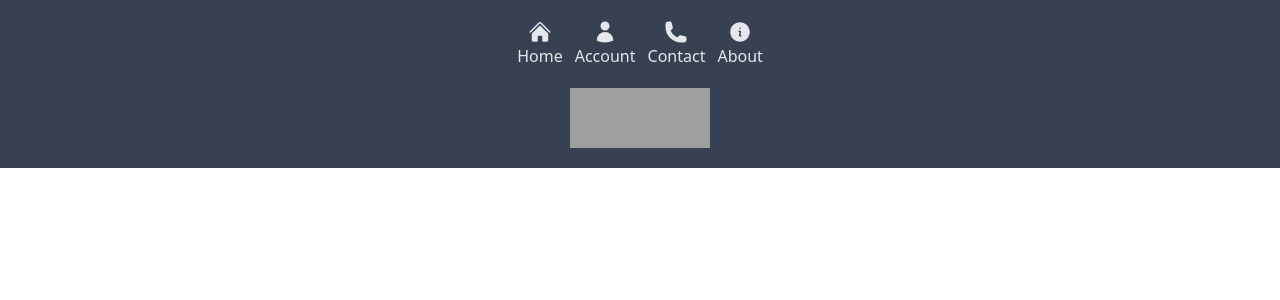
Repository: lyvandat/imdb-movie
Page: /
These files come from the project's save history. The page is drawn as it stood at one moment and after the next save; the edit follows.
The browser window is 1280 px wide. The pictures show the whole page.
Pictures or frames that could not be fetched are drawn as grey boxes. The project was rebuilt for these pictures with package versions that can differ from the ones it lists, and the page was loaded fresh each time. The framework's server and built-in components were replaced by stand-ins that run in the browser. Also part of the build but not shown: next.config.js.

Above is the page before, as saved 2022-10-04 10:31:25.

### pages/index.js
import Head from "next/head";
import Header from "../components/Header";

export default function Home() {
  return (
    <div>
      <Head>
        <title>Create Next App</title>
        <meta name="description" content="Generated by create next app" />
        <link rel="icon" href="/favicon.ico" />
      </Head>

      <Header />
    </div>
  );
}

### components/Header.js
import React from "react";
import Image from "next/image";
import {
  HomeIcon,
  UserIcon,
  PhoneIcon,
  InformationCircleIcon,
} from "@heroicons/react/24/solid";
import Link from "next/link";

// import { Container } from './styles';

function Header() {
  return (
    <section className="flex flex-col p-5 items-center bg-gray-700 select-none text-gray-200 ">
      <ul className="flex space-x-3 mb-5">
        <li className="flex flex-col items-center hover:text-white active:text-red-500">
          <HomeIcon className="h-6" />
          <p>Home</p>
        </li>

        <li className="flex flex-col items-center hover:text-white active:text-red-500">
          <UserIcon className="h-6" />
          <p>Account</p>
        </li>
        <li className="flex flex-col items-center hover:text-white active:text-red-500">
          <PhoneIcon className="h-6" />
          <p>Contact</p>
        </li>
        <li className="flex flex-col items-center hover:text-white active:text-red-500">
          <InformationCircleIcon className="h-6" />
          <p>About</p>
        </li>
      </ul>
      <Image
        src="https://th.bing.com/th/id/R.96d6a3163510b47bda4d016b465fb380?rik=RdmM%2faKqGkQOUw&riu=http%3a%2f%2fimg4.wikia.nocookie.net%2f__cb20130124112826%2flogopedia%2fimages%2f8%2f8e%2fIMDB.png&ehk=Svd7%2fn42Zig1owSS1hb%2b2k8bFFdbEKW6iFyTQu2u5yw%3d&risl=&pid=ImgRaw&r=0"
        width={140}
        height={60}
        layout="fixed"
      />
    </section>
  );
}

export default Header;

Loaded but not shown: pages/_app.js (common file); styles/globals.css (common file); tailwind.config.js (common file)

After the next save:
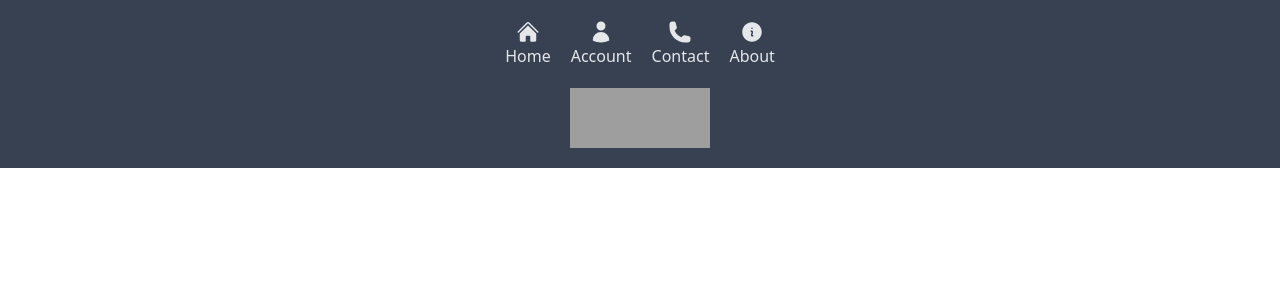
Saved 11 s later.
--- a/components/Header.js
+++ b/components/Header.js
@@ -13,7 +13,7 @@ import Link from "next/link";
 function Header() {
   return (
     <section className="flex flex-col p-5 items-center bg-gray-700 select-none text-gray-200 ">
-      <ul className="flex space-x-3 mb-5">
+      <ul className="flex space-x-5 mb-5">
         <li className="flex flex-col items-center hover:text-white active:text-red-500">
           <HomeIcon className="h-6" />
           <p>Home</p>
